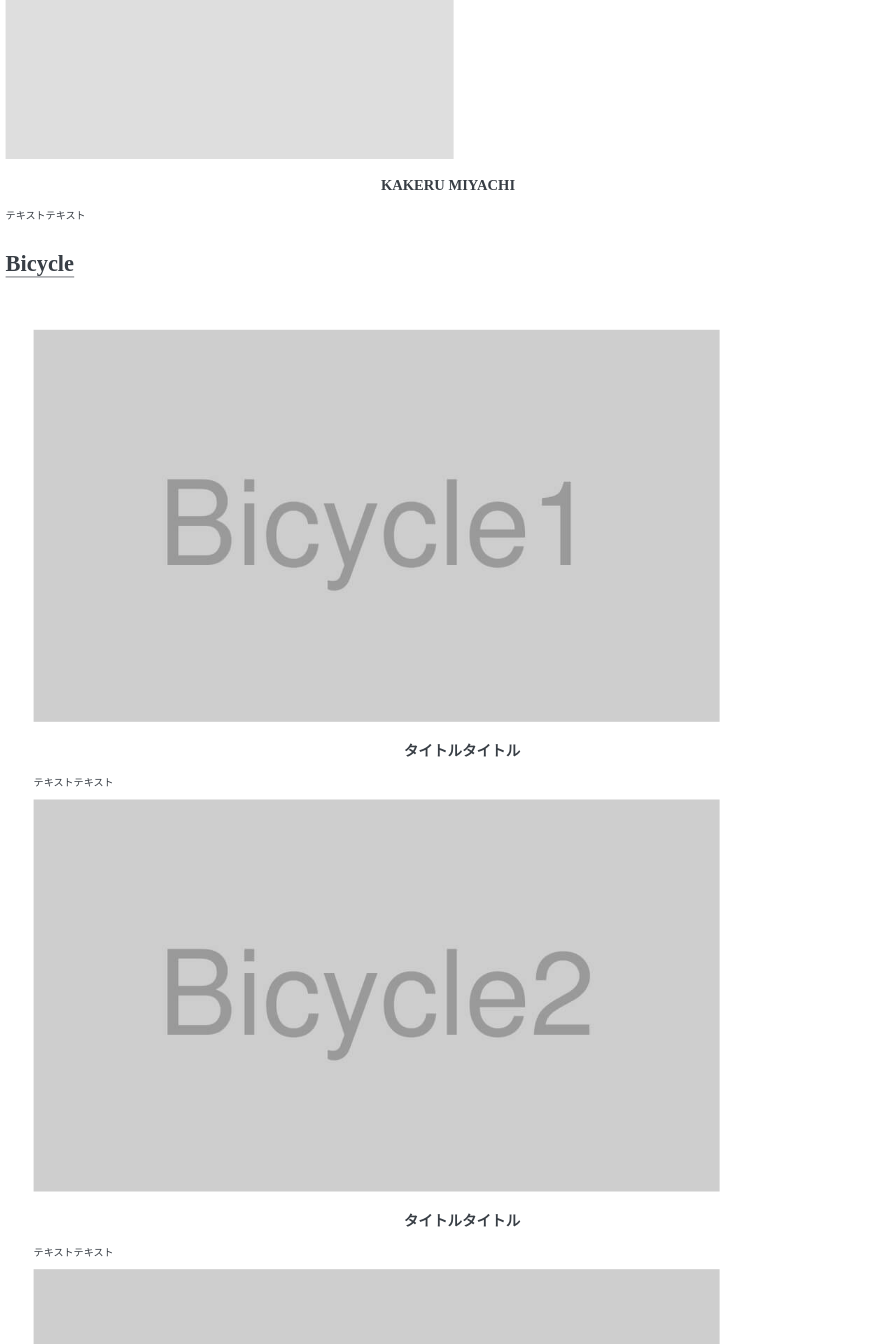
Repository: Fuki-san/bicycle
Page: http://localhost/profile
The author's editor kept a copy of each file at every save. The page is drawn from the files as they stood at one save, then again after the next save.
The browser window is 1280 px wide. The pictures show the part of the page from y = 1653 to 3573 px (the page is 4168 px tall before and 4106 px after), at 70% of full size.
The page is served by the project's Laravel application, run on PHP 8.4 with Laravel 10.

Above is the page before, as saved 2023-11-18 14:52:57.

After the next save:
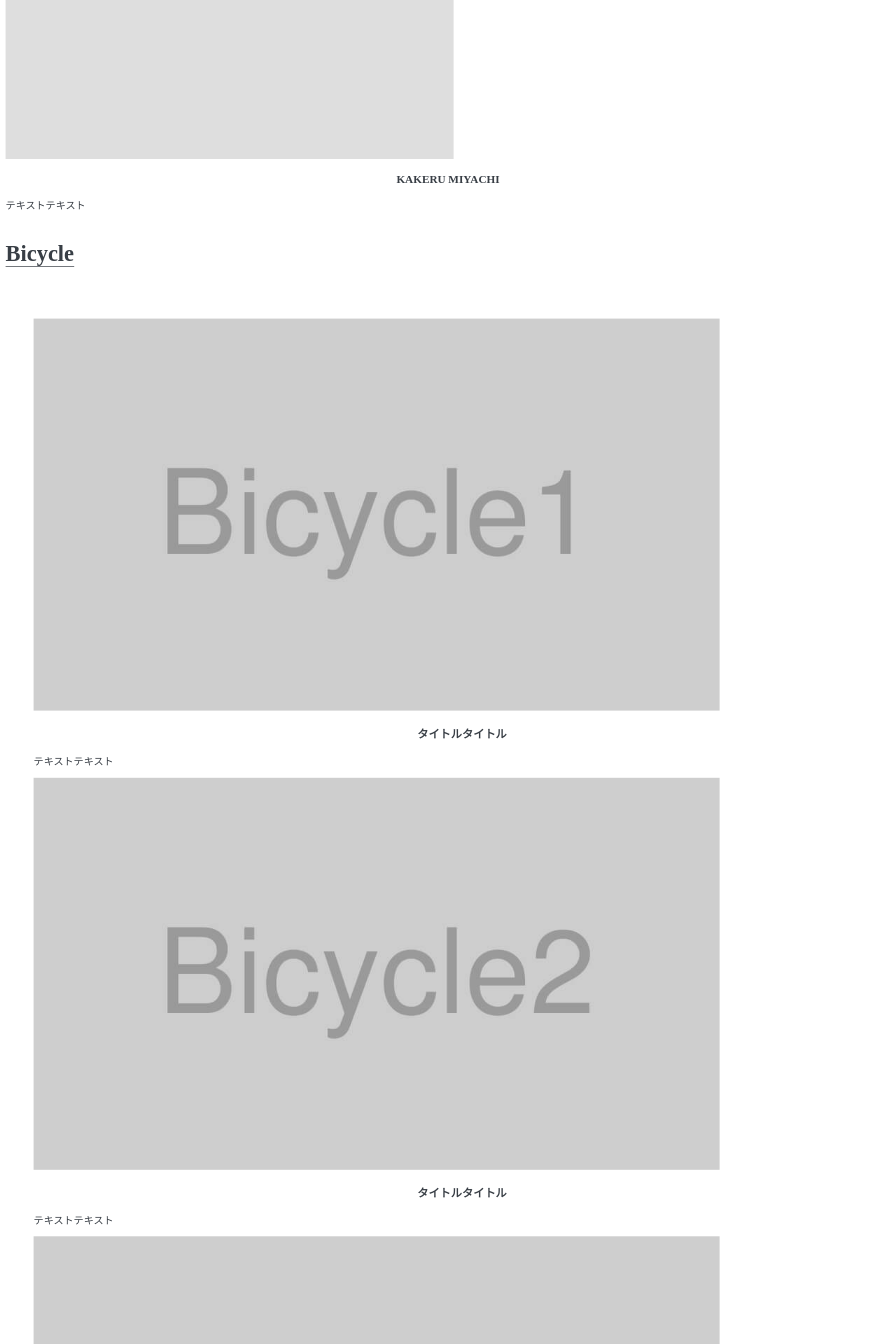
Saved 19 s later.
--- a/public/css/style.css
+++ b/public/css/style.css
@@ -40,7 +40,7 @@ li{
 }
 
 .content-title{
-    font-size: 1.3rem;
+    font-size: 1rem;
     text-align: center;
 }
 
